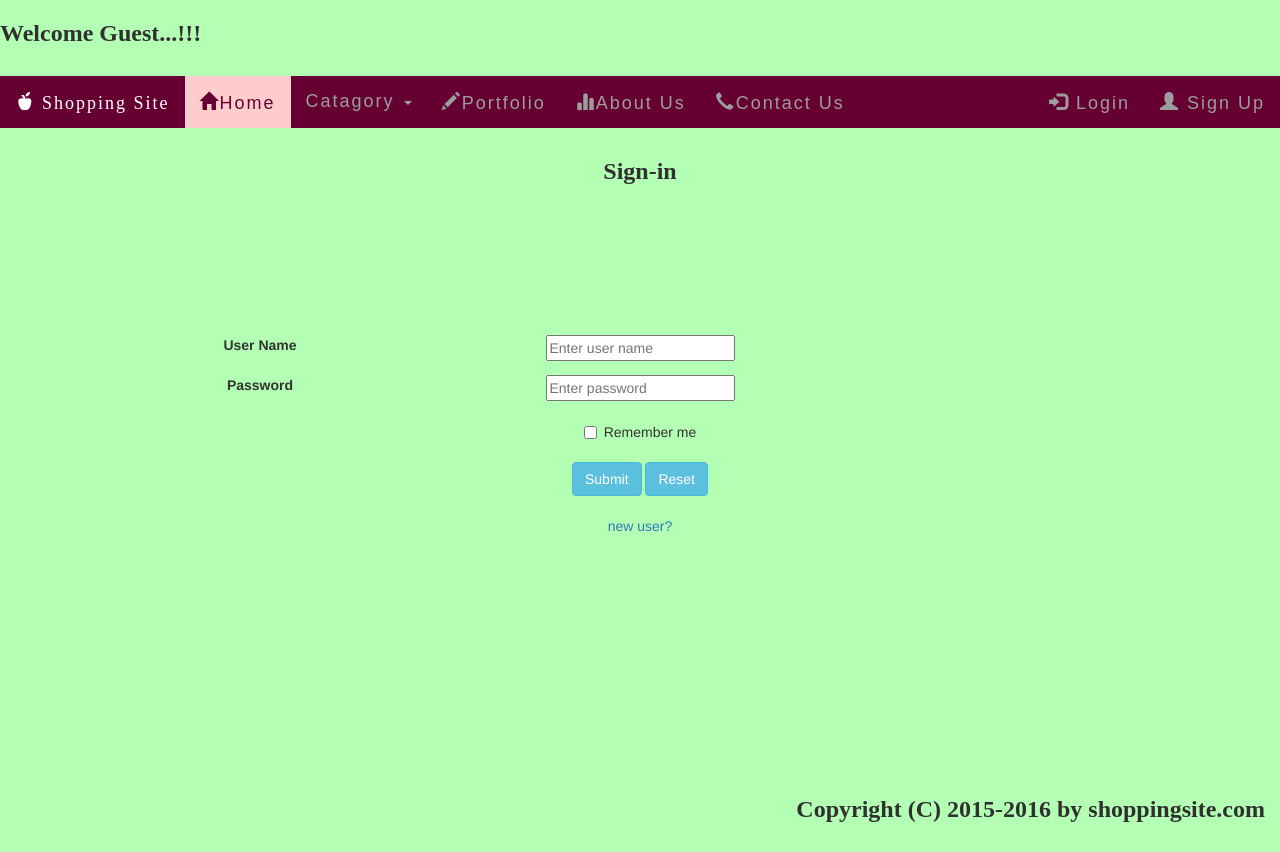
Repository: priyasuthakar/priya
Page: http://localhost/Apple/WEB-INF/views/login.jsp
These files come from the project's save history. The page is drawn as it stood at one moment and after the next save; the edit follows.
The browser window is 1280 px wide. The pictures show the whole page.
The page is served by Tomcat 9. Nobody is signed in. Other server files are loaded and not shown. The template is opened directly, without the code that normally fills it, so the values that code supplies are empty.

Above is the page before, as saved 2016-08-20 20:10:22.

### Apple/src/main/webapp/WEB-INF/views/login.jsp
<%@ page language="java" contentType="text/html; charset=ISO-8859-1"
	pageEncoding="ISO-8859-1"%>
<%@ taglib uri="http://java.sun.com/jsp/jstl/core" prefix="c"%>
<%@ taglib uri="http://www.springframework.org/tags" prefix="spring"%>
<%@ taglib uri="http://www.springframework.org/tags/form" prefix="form"%>
<%-- <%@ page session="false"%> --%>
<%@page isELIgnored="false"%>
<%@include file="/WEB-INF/views/Header.jsp"%>

<!DOCTYPE html PUBLIC "-//W3C//DTD HTML 4.01 Transitional//EN" "http://www.w3.org/TR/html4/loose.dtd">
<html>
<head>
<meta http-equiv="Content-Type" content="text/html; charset=ISO-8859-1">
<meta name="viewport" content="width=device-width, initial-scale=1">
<title>Login</title>
<!-- Latest compiled and minified CSS -->
<link rel="stylesheet"
	href="http://maxcdn.bootstrapcdn.com/bootstrap/3.3.6/css/bootstrap.min.css">

<!-- jQuery library -->
<script
	src="https://ajax.googleapis.com/ajax/libs/jquery/1.12.4/jquery.min.js"></script>

<!-- Latest compiled JavaScript -->
<script
	src="http://maxcdn.bootstrapcdn.com/bootstrap/3.3.6/js/bootstrap.min.js"></script>
<style>
h1 {
	font-size: 24px;
	color: #303030;
	font-weight: 600;
	margin-bottom: 30px;
	font-size: 24px;
}

.navbar {
	margin-bottom: 0;
	background-color: #660033;
	z-index: 9999;
	border: 0;
	font-size: 18px !important;
	line-height: 1.42857143 !important;
	letter-spacing: 2px;
	border-radius: 0;
	font-family: Montserrat, sans-serif;
}

.navbar .navbar-brand {
	color: #FFFFFF !important;
}

.navbar .li a {
	color: #FFF !important;
}

.navbar-nav li a:hover, .navbar-nav li.active a {
	color: #660033 !important;
	background-color: #FFCCCC !important;
}

.navbar-default .navbar-toggle {
	border-color: transparent;
	color: #FFCCCC !important;
}

footer .glyphicon {
	font-size: 24px;
	margin-bottom: 20px;
	color: #660033;
}
</style>

</head>
<body id="log" data-spy="scroll" data-target=".navbar" data-offset="60"
	style="background-color: #b3ffb3">

	<font face="Harlow Solid Italic"><h1>${successMessage}</h1></font>
	<center>
		<font face="Harlow Solid Italic"><h1>Sign-in</h1></font> </br> </br> </br> </br> </br> </br>
		<div class="container">
			<form action="loginc" method="post" commandName="user"
				class="form-horizontal" role="form">
				<center>
					<div class="control-group">
						<label class="col-lg-4">User Name</label>
						<div class="col-lg-4 controls">
							<input type="text" name="username" placeholder="Enter user name"
								required="true" title="should not be empty" />
						</div>
					</div>
					</br> </br>
					<div class="control-group">
						<label class="col-lg-4">Password</label>
						<div class="col-lg-4 controls">
							<input type="password" name="password"
								placeholder="Enter password" required="true"
								title="should not be empty" />
						</div>
					</div>
					</br> </br>
				</center>
				<div class="checkbox">
					<label><input type="checkbox"> Remember me</label>
				</div>
				</br>
				<div>
					<input type="submit" class="btn btn-info" /> <input type="reset"
						class="btn btn-info" />
				</div>
				</br>
				<div>
					<a href="reg">new user?</a>
				</div>
				</br> </br> <input type="hidden" name="${_csrf.parameterName }"
					value="${_csrf.token}" />
				<!-- 	<a href="login" class="btn btn-default" role="button">Reset</a> -->
			</form>
		</div>
	</center>
	<br>
	<br>
	<br>
	<br>
	<br>
	<br>
	<br>
	<br>
	<br>
	<br>
	<footer class="container-fluid bg-4 text-center">
	<%@include file="Footer.jsp"%>
	</footer>
</body>
</html>

### Apple/src/main/webapp/WEB-INF/views/Header.jsp
<%@ page language="java" contentType="text/html; charset=ISO-8859-1"
	pageEncoding="ISO-8859-1"%>
<%@ taglib uri="http://java.sun.com/jsp/jstl/core" prefix="c"%>
<!DOCTYPE html PUBLIC "-//W3C//DTD HTML 4.01 Transitional//EN" "http://www.w3.org/TR/html4/loose.dtd">
<html>
<head>
<meta http-equiv="Content-Type" content="text/html; charset=ISO-8859-1">
</head>
<body>
	<c:choose>
		<c:when test="${empty loggedInUser}">
			<font face="Harlow Solid Italic"><h1>Welcome Guest...!!!</h1></font>
		</c:when>
		<c:when test="${not empty loggedInUser}">
			<font face="Harlow Solid Italic"><h1>${loggedInUser}</h1></font>
		</c:when>
	</c:choose>
	<div class="responsive">
		<nav class="navbar navbar-inverse">
		<div class="container-fluid">
			<div class="navbar-header">
				<a class="navbar-brand"> <span class="glyphicon glyphicon-apple"></span>
					<font face="Script MT Bold"> Shopping Site </font>
				</a>
			</div>
			<ul class="nav navbar-nav">
				<li class="active"><a href="Home"><span
						class="glyphicon glyphicon-home"></span>Home</a></li>
				<li class="dropdown"><a class="dropdown-toggle"
					data-toggle="dropdown" href="#"> Catagory <span class="caret"></span></a>
					<ul class="dropdown-menu">
						<li><a href="product1?catname=Desktop">Desktop</a></li>
						<li><a href="product1?catname=Laptop">Laptop</a></li>
						<li><a href="product1?catname=Iphone">Iphone</a></li>
						<li><a href="product1?catname=Ipad">Ipad</a></li>
						<li><a href="product1?catname=Ipod">Ipod</a></li>
						<li><a href="product1?catname=Accessories">Accessories</a></li>
					</ul></li>
				<li><a href="portfolio"><span
						class="glyphicon glyphicon-pencil"></span>Portfolio</a></li>
				<li><a href="about"><span class="glyphicon glyphicon-stats"></span>About
						Us</a></li>
				<li><a href="contactus"><span
						class="glyphicon glyphicon-earphone"></span>Contact Us</a></li>
			</ul>
			<ul class="nav navbar-nav navbar-right">
					<c:choose>
					<c:when test="${empty loggedInUser}">
						<li><a href="login"><span
								class="glyphicon glyphicon-log-in"></span> Login</a></li>
						<li><a href="reg"><span class="glyphicon glyphicon-user"></span>
								Sign Up</a></li>
					</c:when>
					<c:when test="${not empty loggedInUser}">
					<li><a href="viewcart"><span
							class="glyphicon glyphicon-shopping-cart"></span>Cart</a></li>
						<li><a href="logout"><span
								class="glyphicon glyphicon-user"></span> Logout</a></li>
					</c:when>
				</c:choose>
			</ul>
		</div>
		</nav>
	</div>
</body>
</html>

### Apple/src/main/webapp/WEB-INF/views/Footer.jsp
<%@ page language="java" contentType="text/html; charset=ISO-8859-1"
    pageEncoding="ISO-8859-1"%>
<!DOCTYPE html PUBLIC "-//W3C//DTD HTML 4.01 Transitional//EN" "http://www.w3.org/TR/html4/loose.dtd">
<html>
<head>
<meta http-equiv="Content-Type" content="text/html; charset=ISO-8859-1">
<title>footer</title>
</head>
<body>
<nav>
<ul class="nav navbar-nav navbar-right">
<footer class="container-fluid bg-4 text-center">
  <font face="Harlow Solid Italic" color="#FFFFF"><h1>Copyright (C) 2015-2016 by shoppingsite.com </h1></font>
</footer>
</ul>
</nav>
</body>
</html>

After the next save:
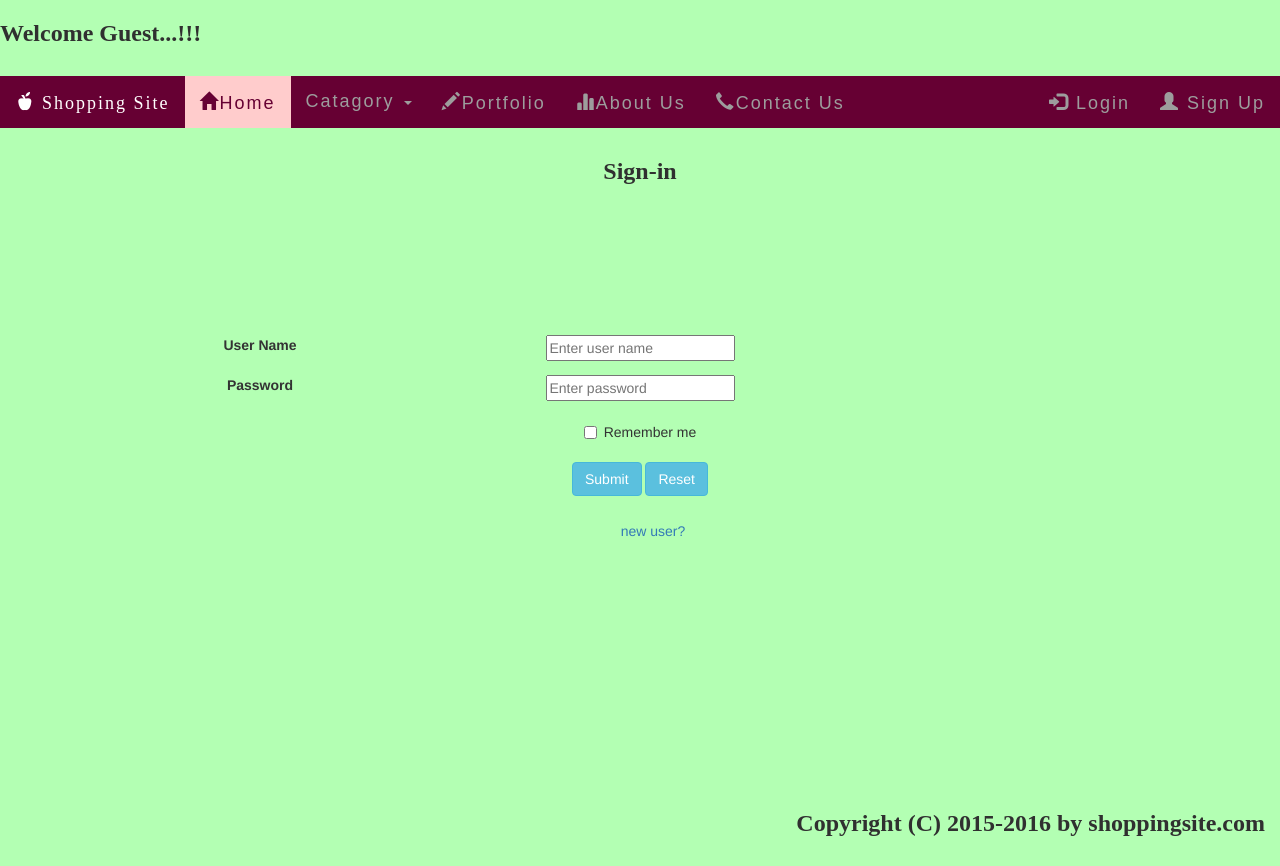
Saved 2 min 11 s later.
--- a/Apple/src/main/webapp/WEB-INF/views/login.jsp
+++ b/Apple/src/main/webapp/WEB-INF/views/login.jsp
@@ -109,7 +109,9 @@ footer .glyphicon {
 				</div>
 				</br>
 				<div>
-					<a href="reg">new user?</a>
+
+					<a href="reg"><input type="button"
+						class="btn btn-link" />new user?</a>
 				</div>
 				</br> </br> <input type="hidden" name="${_csrf.parameterName }"
 					value="${_csrf.token}" />
